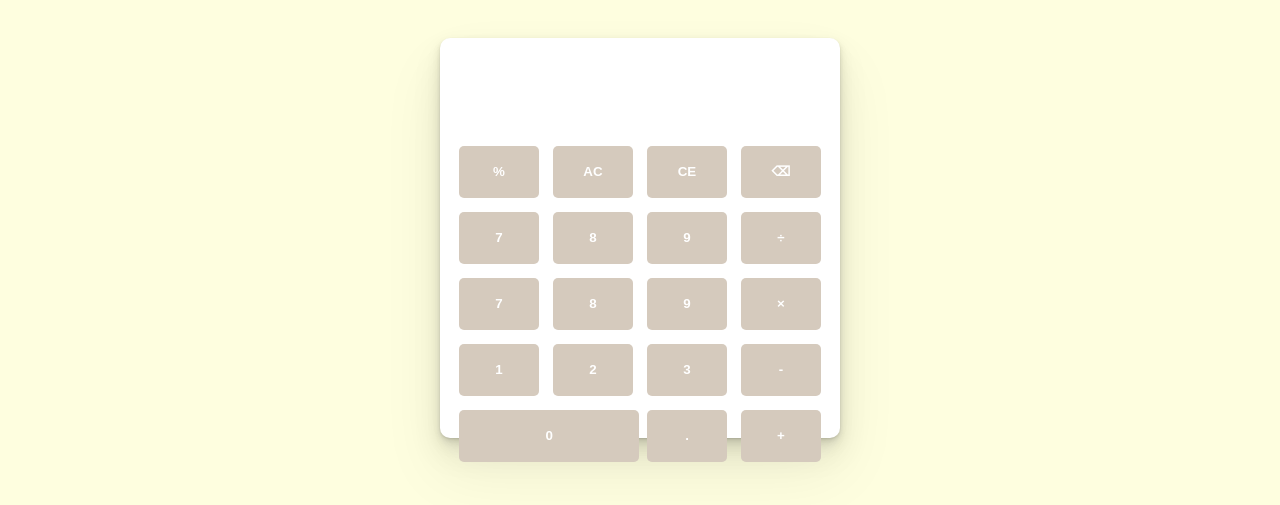
Repository: JeongminHW/Web_study
Page: HTML/myHTML/src/main/webapp/project/calculator.html
The author's editor kept a copy of each file at every save. The page is drawn from the files as they stood at one save, then again after the next save.
The browser window is 1280 px wide. The pictures show the whole page.

Above is the page before, as saved 2024-07-12 03:02:28.

After the next save:
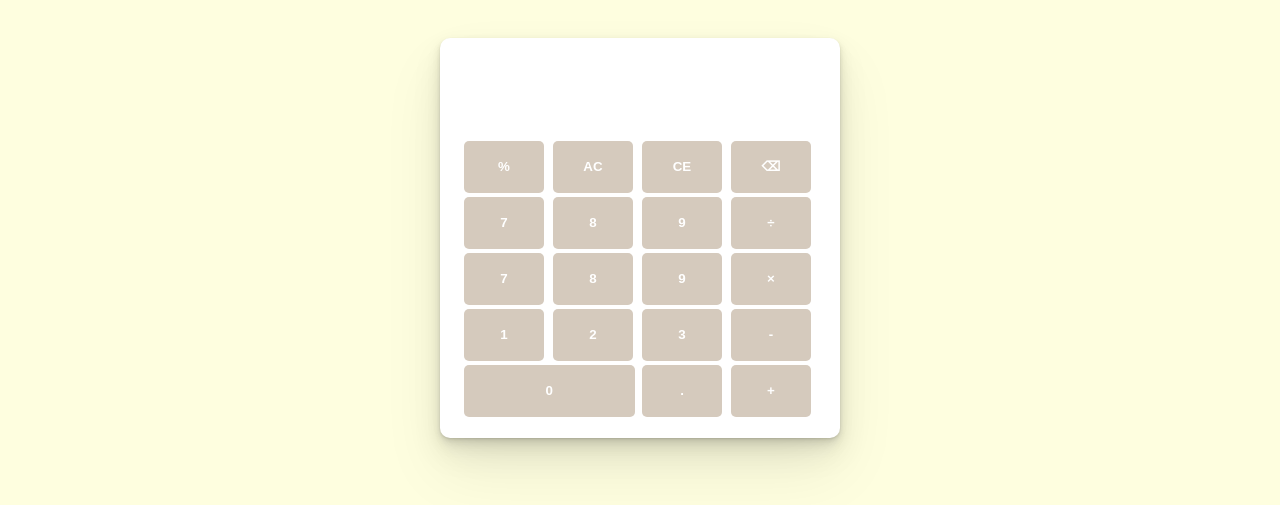
Saved 14 s later.
--- a/HTML/myHTML/src/main/webapp/project/style.css
+++ b/HTML/myHTML/src/main/webapp/project/style.css
@@ -50,7 +50,7 @@ body {
 	border: none;
 	transition: all 0.2s;
 	border-radius: 5px;
-	margin: 5px;
+	margin-right: 5px;
 }
 
 #zero {
